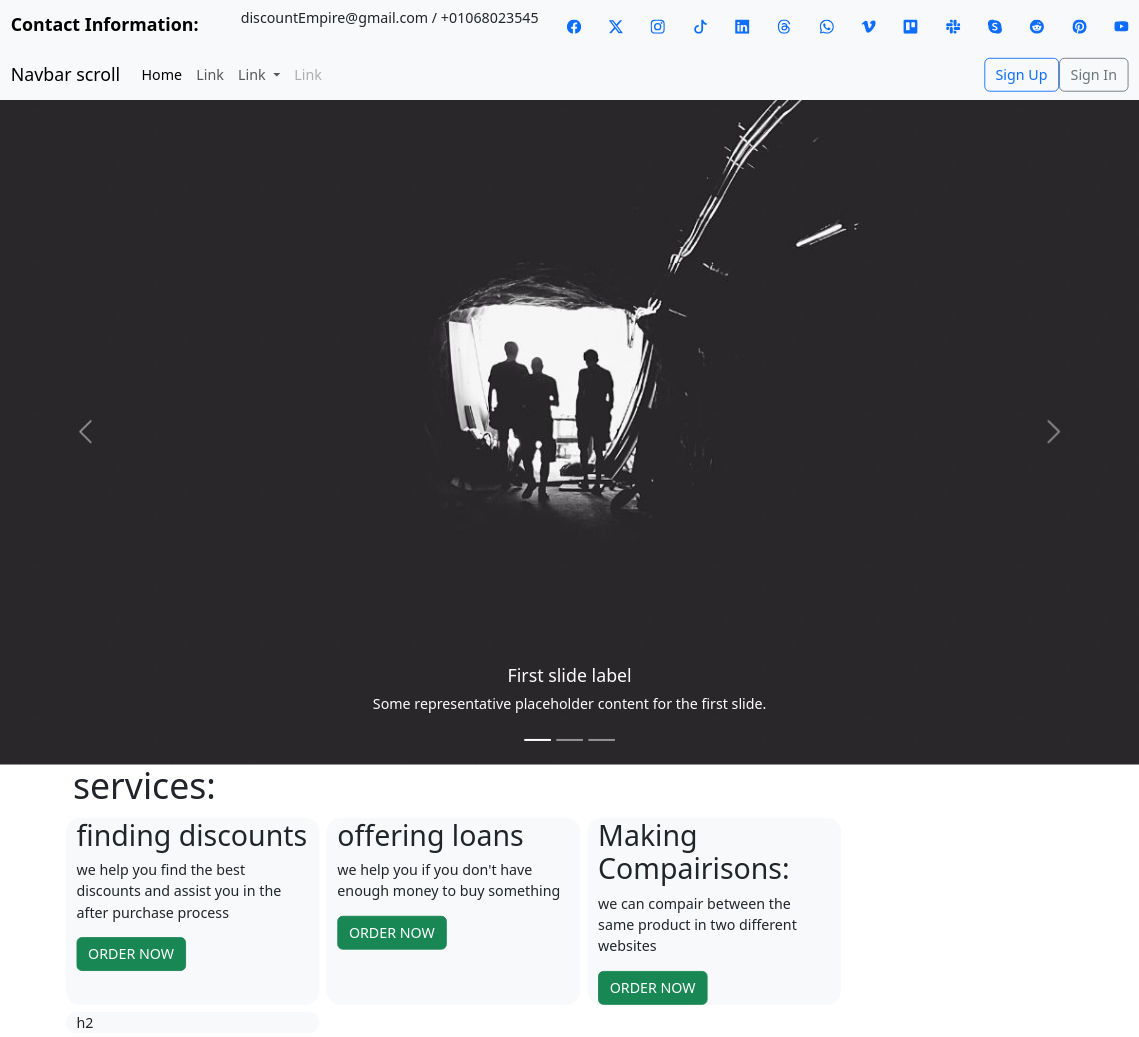
Repository: HaziimYassien/The-Discount-Empire
Page: index.html
The author's editor kept a copy of each file at every save. The page is drawn from the files as they stood at one save, then again after the next save.
The browser window is 1280 px wide. The pictures show the whole page, at 89% of full size.

Above is the page before, as saved 2024-01-24 18:51:48.

### index.html
<!DOCTYPE html>
<html lang="en">
  <head>
    <meta charset="UTF-8" />
    <meta name="viewport" content="width=device-width, initial-scale=1.0" />
<link href="https://cdn.jsdelivr.net/npm/bootstrap@5.3.2/dist/css/bootstrap.min.css" rel="stylesheet" integrity="sha384-T3c6CoIi6uLrA9TneNEoa7RxnatzjcDSCmG1MXxSR1GAsXEV/Dwwykc2MPK8M2HN" crossorigin="anonymous">
<script src="https://cdn.jsdelivr.net/npm/bootstrap@5.3.2/dist/js/bootstrap.bundle.min.js" integrity="sha384-C6RzsynM9kWDrMNeT87bh95OGNyZPhcTNXj1NW7RuBCsyN/o0jlpcV8Qyq46cDfL" crossorigin="anonymous"></script>

    <title>Document</title>
  </head>
  <body>
    <!-- START _SocialMediaBar -->
<nav class="h-auto navbar sticky-top navbar-light bg-light">
  <div class="h-1 container-fluid">
    <strong class="mb-0 navbar-brand" href="#">Contact Information:  </strong>
    <p>discountEmpire@gmail.com / +01068023545</p>
    <a href="#">
 <svg xmlns="http://www.w3.org/2000/svg" width="16" height="16" fill="currentColor" class="bi bi-facebook" viewBox="0 0 16 16">
  <path d="M16 8.049c0-4.446-3.582-8.05-8-8.05C3.58 0-.002 3.603-.002 8.05c0 4.017 2.926 7.347 6.75 7.951v-5.625h-2.03V8.05H6.75V6.275c0-2.017 1.195-3.131 3.022-3.131.876 0 1.791.157 1.791.157v1.98h-1.009c-.993 0-1.303.621-1.303 1.258v1.51h2.218l-.354 2.326H9.25V16c3.824-.604 6.75-3.934 6.75-7.951"/>
</svg>
    </a>

    <a href="#">
<svg xmlns="http://www.w3.org/2000/svg" width="16" height="16" fill="currentColor" class="bi bi-twitter-x" viewBox="0 0 16 16">
  <path d="M12.6.75h2.454l-5.36 6.142L16 15.25h-4.937l-3.867-5.07-4.425 5.07H.316l5.733-6.57L0 .75h5.063l3.495 4.633L12.601.75Zm-.86 13.028h1.36L4.323 2.145H2.865z"/>
</svg>
</a>
<a href="#">
<svg xmlns="http://www.w3.org/2000/svg" width="16" height="16" fill="currentColor" class="bi bi-instagram" viewBox="0 0 16 16">
  <path d="M8 0C5.829 0 5.556.01 4.703.048 3.85.088 3.269.222 2.76.42a3.9 3.9 0 0 0-1.417.923A3.9 3.9 0 0 0 .42 2.76C.222 3.268.087 3.85.048 4.7.01 5.555 0 5.827 0 8.001c0 2.172.01 2.444.048 3.297.04.852.174 1.433.372 1.942.205.526.478.972.923 1.417.444.445.89.719 1.416.923.51.198 1.09.333 1.942.372C5.555 15.99 5.827 16 8 16s2.444-.01 3.298-.048c.851-.04 1.434-.174 1.943-.372a3.9 3.9 0 0 0 1.416-.923c.445-.445.718-.891.923-1.417.197-.509.332-1.09.372-1.942C15.99 10.445 16 10.173 16 8s-.01-2.445-.048-3.299c-.04-.851-.175-1.433-.372-1.941a3.9 3.9 0 0 0-.923-1.417A3.9 3.9 0 0 0 13.24.42c-.51-.198-1.092-.333-1.943-.372C10.443.01 10.172 0 7.998 0zm-.717 1.442h.718c2.136 0 2.389.007 3.232.046.78.035 1.204.166 1.486.275.373.145.64.319.92.599s.453.546.598.92c.11.281.24.705.275 1.485.039.843.047 1.096.047 3.231s-.008 2.389-.047 3.232c-.035.78-.166 1.203-.275 1.485a2.5 2.5 0 0 1-.599.919c-.28.28-.546.453-.92.598-.28.11-.704.24-1.485.276-.843.038-1.096.047-3.232.047s-2.39-.009-3.233-.047c-.78-.036-1.203-.166-1.485-.276a2.5 2.5 0 0 1-.92-.598 2.5 2.5 0 0 1-.6-.92c-.109-.281-.24-.705-.275-1.485-.038-.843-.046-1.096-.046-3.233s.008-2.388.046-3.231c.036-.78.166-1.204.276-1.486.145-.373.319-.64.599-.92s.546-.453.92-.598c.282-.11.705-.24 1.485-.276.738-.034 1.024-.044 2.515-.045zm4.988 1.328a.96.96 0 1 0 0 1.92.96.96 0 0 0 0-1.92m-4.27 1.122a4.109 4.109 0 1 0 0 8.217 4.109 4.109 0 0 0 0-8.217m0 1.441a2.667 2.667 0 1 1 0 5.334 2.667 2.667 0 0 1 0-5.334"/>
</svg>
</a>
<a href="#">
<svg xmlns="http://www.w3.org/2000/svg" width="16" height="16" fill="currentColor" class="bi bi-tiktok" viewBox="0 0 16 16">
  <path d="M9 0h1.98c.144.715.54 1.617 1.235 2.512C12.895 3.389 13.797 4 15 4v2c-1.753 0-3.07-.814-4-1.829V11a5 5 0 1 1-5-5v2a3 3 0 1 0 3 3z"/>
</svg>
</a>
<a href="#">
<svg xmlns="http://www.w3.org/2000/svg" width="16" height="16" fill="currentColor" class="bi bi-linkedin" viewBox="0 0 16 16">
  <path d="M0 1.146C0 .513.526 0 1.175 0h13.65C15.474 0 16 .513 16 1.146v13.708c0 .633-.526 1.146-1.175 1.146H1.175C.526 16 0 15.487 0 14.854zm4.943 12.248V6.169H2.542v7.225zm-1.2-8.212c.837 0 1.358-.554 1.358-1.248-.015-.709-.52-1.248-1.342-1.248S2.4 3.226 2.4 3.934c0 .694.521 1.248 1.327 1.248zm4.908 8.212V9.359c0-.216.016-.432.08-.586.173-.431.568-.878 1.232-.878.869 0 1.216.662 1.216 1.634v3.865h2.401V9.25c0-2.22-1.184-3.252-2.764-3.252-1.274 0-1.845.7-2.165 1.193v.025h-.016l.016-.025V6.169h-2.4c.03.678 0 7.225 0 7.225z"/>
</svg>
</a>
<a href="#">
<svg xmlns="http://www.w3.org/2000/svg" width="16" height="16" fill="currentColor" class="bi bi-threads" viewBox="0 0 16 16">
  <path d="M6.321 6.016c-.27-.18-1.166-.802-1.166-.802.756-1.081 1.753-1.502 3.132-1.502.975 0 1.803.327 2.394.948s.928 1.509 1.005 2.644q.492.207.905.484c1.109.745 1.719 1.86 1.719 3.137 0 2.716-2.226 5.075-6.256 5.075C4.594 16 1 13.987 1 7.994 1 2.034 4.482 0 8.044 0 9.69 0 13.55.243 15 5.036l-1.36.353C12.516 1.974 10.163 1.43 8.006 1.43c-3.565 0-5.582 2.171-5.582 6.79 0 4.143 2.254 6.343 5.63 6.343 2.777 0 4.847-1.443 4.847-3.556 0-1.438-1.208-2.127-1.27-2.127-.236 1.234-.868 3.31-3.644 3.31-1.618 0-3.013-1.118-3.013-2.582 0-2.09 1.984-2.847 3.55-2.847.586 0 1.294.04 1.663.114 0-.637-.54-1.728-1.9-1.728-1.25 0-1.566.405-1.967.868ZM8.716 8.19c-2.04 0-2.304.87-2.304 1.416 0 .878 1.043 1.168 1.6 1.168 1.02 0 2.067-.282 2.232-2.423a6.2 6.2 0 0 0-1.528-.161"/>
</svg>
</a>
<a href="#">
<svg xmlns="http://www.w3.org/2000/svg" width="16" height="16" fill="currentColor" class="bi bi-whatsapp" viewBox="0 0 16 16">
  <path d="M13.601 2.326A7.85 7.85 0 0 0 7.994 0C3.627 0 .068 3.558.064 7.926c0 1.399.366 2.76 1.057 3.965L0 16l4.204-1.102a7.9 7.9 0 0 0 3.79.965h.004c4.368 0 7.926-3.558 7.93-7.93A7.9 7.9 0 0 0 13.6 2.326zM7.994 14.521a6.6 6.6 0 0 1-3.356-.92l-.24-.144-2.494.654.666-2.433-.156-.251a6.56 6.56 0 0 1-1.007-3.505c0-3.626 2.957-6.584 6.591-6.584a6.56 6.56 0 0 1 4.66 1.931 6.56 6.56 0 0 1 1.928 4.66c-.004 3.639-2.961 6.592-6.592 6.592m3.615-4.934c-.197-.099-1.17-.578-1.353-.646-.182-.065-.315-.099-.445.099-.133.197-.513.646-.627.775-.114.133-.232.148-.43.05-.197-.1-.836-.308-1.592-.985-.59-.525-.985-1.175-1.103-1.372-.114-.198-.011-.304.088-.403.087-.088.197-.232.296-.346.1-.114.133-.198.198-.33.065-.134.034-.248-.015-.347-.05-.099-.445-1.076-.612-1.47-.16-.389-.323-.335-.445-.34-.114-.007-.247-.007-.38-.007a.73.73 0 0 0-.529.247c-.182.198-.691.677-.691 1.654s.71 1.916.81 2.049c.098.133 1.394 2.132 3.383 2.992.47.205.84.326 1.129.418.475.152.904.129 1.246.08.38-.058 1.171-.48 1.338-.943.164-.464.164-.86.114-.943-.049-.084-.182-.133-.38-.232"/>
</svg>
</a>
<a href="#">
<svg xmlns="http://www.w3.org/2000/svg" width="16" height="16" fill="currentColor" class="bi bi-vimeo" viewBox="0 0 16 16">
  <path d="M15.992 4.204q-.106 2.334-3.262 6.393-3.263 4.243-5.522 4.243-1.4 0-2.367-2.583L3.55 7.523Q2.83 4.939 2.007 4.94q-.178.001-1.254.754L0 4.724a210 210 0 0 0 2.334-2.081q1.581-1.364 2.373-1.437 1.865-.185 2.298 2.553.466 2.952.646 3.666.54 2.447 1.186 2.445.5 0 1.508-1.587 1.006-1.587 1.077-2.415.144-1.37-1.077-1.37a3 3 0 0 0-1.185.261q1.183-3.86 4.508-3.756 2.466.075 2.324 3.2z"/>
</svg>
</a>
<a href="#">
<svg xmlns="http://www.w3.org/2000/svg" width="16" height="16" fill="currentColor" class="bi bi-trello" viewBox="0 0 16 16">
  <path d="M14.1 0H1.903C.852 0 .002.85 0 1.9v12.19A1.9 1.9 0 0 0 1.902 16h12.199A1.9 1.9 0 0 0 16 14.09V1.9A1.9 1.9 0 0 0 14.1 0M7 11.367a.636.636 0 0 1-.64.633H3.593a.633.633 0 0 1-.63-.633V3.583c0-.348.281-.631.63-.633h2.765c.35.002.632.284.633.633zm6.052-3.5a.633.633 0 0 1-.64.633h-2.78A.636.636 0 0 1 9 7.867V3.583a.636.636 0 0 1 .633-.633h2.778c.35.002.631.285.631.633z"/>
</svg>
</a>
<a href="#">
<svg xmlns="http://www.w3.org/2000/svg" width="16" height="16" fill="currentColor" class="bi bi-slack" viewBox="0 0 16 16">
  <path d="M3.362 10.11c0 .926-.756 1.681-1.681 1.681S0 11.036 0 10.111.756 8.43 1.68 8.43h1.682zm.846 0c0-.924.756-1.68 1.681-1.68s1.681.756 1.681 1.68v4.21c0 .924-.756 1.68-1.68 1.68a1.685 1.685 0 0 1-1.682-1.68zM5.89 3.362c-.926 0-1.682-.756-1.682-1.681S4.964 0 5.89 0s1.68.756 1.68 1.68v1.682zm0 .846c.924 0 1.68.756 1.68 1.681S6.814 7.57 5.89 7.57H1.68C.757 7.57 0 6.814 0 5.89c0-.926.756-1.682 1.68-1.682zm6.749 1.682c0-.926.755-1.682 1.68-1.682S16 4.964 16 5.889s-.756 1.681-1.68 1.681h-1.681zm-.848 0c0 .924-.755 1.68-1.68 1.68A1.685 1.685 0 0 1 8.43 5.89V1.68C8.43.757 9.186 0 10.11 0c.926 0 1.681.756 1.681 1.68zm-1.681 6.748c.926 0 1.682.756 1.682 1.681S11.036 16 10.11 16s-1.681-.756-1.681-1.68v-1.682h1.68zm0-.847c-.924 0-1.68-.755-1.68-1.68s.756-1.681 1.68-1.681h4.21c.924 0 1.68.756 1.68 1.68 0 .926-.756 1.681-1.68 1.681z"/>
</svg>
</a>
<a href="#">
<svg xmlns="http://www.w3.org/2000/svg" width="16" height="16" fill="currentColor" class="bi bi-skype" viewBox="0 0 16 16">
  <path d="M4.671 0c.88 0 1.733.247 2.468.702a7.42 7.42 0 0 1 6.02 2.118 7.37 7.37 0 0 1 2.167 5.215q0 .517-.072 1.026a4.66 4.66 0 0 1 .6 2.281 4.64 4.64 0 0 1-1.37 3.294A4.67 4.67 0 0 1 11.18 16c-.84 0-1.658-.226-2.37-.644a7.42 7.42 0 0 1-6.114-2.107A7.37 7.37 0 0 1 .529 8.035q0-.545.08-1.081a4.644 4.644 0 0 1 .76-5.59A4.68 4.68 0 0 1 4.67 0zm.447 7.01c.18.309.43.572.729.769a7 7 0 0 0 1.257.653q.737.308 1.145.523c.229.112.437.264.615.448.135.142.21.331.21.528a.87.87 0 0 1-.335.723c-.291.196-.64.289-.99.264a2.6 2.6 0 0 1-1.048-.206 11 11 0 0 1-.532-.253 1.3 1.3 0 0 0-.587-.15.72.72 0 0 0-.501.176.63.63 0 0 0-.195.491.8.8 0 0 0 .148.482 1.2 1.2 0 0 0 .456.354 5.1 5.1 0 0 0 2.212.419 4.6 4.6 0 0 0 1.624-.265 2.3 2.3 0 0 0 1.08-.801c.267-.39.402-.855.386-1.327a2.1 2.1 0 0 0-.279-1.101 2.5 2.5 0 0 0-.772-.792A7 7 0 0 0 8.486 7.3a1 1 0 0 0-.145-.058 18 18 0 0 1-1.013-.447 1.8 1.8 0 0 1-.54-.387.73.73 0 0 1-.2-.508.8.8 0 0 1 .385-.723 1.76 1.76 0 0 1 .968-.247c.26-.003.52.03.772.096q.412.119.802.293c.105.049.22.075.336.076a.6.6 0 0 0 .453-.19.7.7 0 0 0 .18-.496.72.72 0 0 0-.17-.476 1.4 1.4 0 0 0-.556-.354 3.7 3.7 0 0 0-.708-.183 6 6 0 0 0-1.022-.078 4.5 4.5 0 0 0-1.536.258 2.7 2.7 0 0 0-1.174.784 1.9 1.9 0 0 0-.45 1.287c-.01.37.076.736.25 1.063"/>
</svg>
</a>
<a href="#">
<svg xmlns="http://www.w3.org/2000/svg" width="16" height="16" fill="currentColor" class="bi bi-reddit" viewBox="0 0 16 16">
  <path d="M6.167 8a.83.83 0 0 0-.83.83c0 .459.372.84.83.831a.831.831 0 0 0 0-1.661m1.843 3.647c.315 0 1.403-.038 1.976-.611a.23.23 0 0 0 0-.306.213.213 0 0 0-.306 0c-.353.363-1.126.487-1.67.487-.545 0-1.308-.124-1.671-.487a.213.213 0 0 0-.306 0 .213.213 0 0 0 0 .306c.564.563 1.652.61 1.977.61zm.992-2.807c0 .458.373.83.831.83s.83-.381.83-.83a.831.831 0 0 0-1.66 0z"/>
  <path d="M16 8A8 8 0 1 1 0 8a8 8 0 0 1 16 0m-3.828-1.165c-.315 0-.602.124-.812.325-.801-.573-1.9-.945-3.121-.993l.534-2.501 1.738.372a.83.83 0 1 0 .83-.869.83.83 0 0 0-.744.468l-1.938-.41a.2.2 0 0 0-.153.028.2.2 0 0 0-.086.134l-.592 2.788c-1.24.038-2.358.41-3.17.992-.21-.2-.496-.324-.81-.324a1.163 1.163 0 0 0-.478 2.224q-.03.17-.029.353c0 1.795 2.091 3.256 4.669 3.256s4.668-1.451 4.668-3.256c0-.114-.01-.238-.029-.353.401-.181.688-.592.688-1.069 0-.65-.525-1.165-1.165-1.165"/>
</svg>
</a>
<a href="#">
<svg xmlns="http://www.w3.org/2000/svg" width="16" height="16" fill="currentColor" class="bi bi-pinterest" viewBox="0 0 16 16">
  <path d="M8 0a8 8 0 0 0-2.915 15.452c-.07-.633-.134-1.606.027-2.297.146-.625.938-3.977.938-3.977s-.239-.479-.239-1.187c0-1.113.645-1.943 1.448-1.943.682 0 1.012.512 1.012 1.127 0 .686-.437 1.712-.663 2.663-.188.796.4 1.446 1.185 1.446 1.422 0 2.515-1.5 2.515-3.664 0-1.915-1.377-3.254-3.342-3.254-2.276 0-3.612 1.707-3.612 3.471 0 .688.265 1.425.595 1.826a.24.24 0 0 1 .056.23c-.061.252-.196.796-.222.907-.035.146-.116.177-.268.107-1-.465-1.624-1.926-1.624-3.1 0-2.523 1.834-4.84 5.286-4.84 2.775 0 4.932 1.977 4.932 4.62 0 2.757-1.739 4.976-4.151 4.976-.811 0-1.573-.421-1.834-.919l-.498 1.902c-.181.695-.669 1.566-.995 2.097A8 8 0 1 0 8 0"/>
</svg>
</a>
<a href="#">
<svg xmlns="http://www.w3.org/2000/svg" width="16" height="16" fill="currentColor" class="bi bi-youtube" viewBox="0 0 16 16">
  <path d="M8.051 1.999h.089c.822.003 4.987.033 6.11.335a2.01 2.01 0 0 1 1.415 1.42c.101.38.172.883.22 1.402l.01.104.022.26.008.104c.065.914.073 1.77.074 1.957v.075c-.001.194-.01 1.108-.082 2.06l-.008.105-.009.104c-.05.572-.124 1.14-.235 1.558a2.01 2.01 0 0 1-1.415 1.42c-1.16.312-5.569.334-6.18.335h-.142c-.309 0-1.587-.006-2.927-.052l-.17-.006-.087-.004-.171-.007-.171-.007c-1.11-.049-2.167-.128-2.654-.26a2.01 2.01 0 0 1-1.415-1.419c-.111-.417-.185-.986-.235-1.558L.09 9.82l-.008-.104A31 31 0 0 1 0 7.68v-.123c.002-.215.01-.958.064-1.778l.007-.103.003-.052.008-.104.022-.26.01-.104c.048-.519.119-1.023.22-1.402a2.01 2.01 0 0 1 1.415-1.42c.487-.13 1.544-.21 2.654-.26l.17-.007.172-.006.086-.003.171-.007A100 100 0 0 1 7.858 2zM6.4 5.209v4.818l4.157-2.408z"/>
</svg>
</a>
  </div>
</nav>
    <!-- END _SocialMediaBar -->
    <!-- START _NavBar -->
    <nav class="navbar navbar-expand-lg navbar-light bg-light sticky-top">
      <div class="container-fluid">
        <a class="navbar-brand" href="#">Navbar scroll</a>
        <button
          class="navbar-toggler"
          type="button"
          data-bs-toggle="collapse"
          data-bs-target="#navbarScroll"
          aria-controls="navbarScroll"
          aria-expanded="false"
          aria-label="Toggle navigation"
        >
          <span class="navbar-toggler-icon"></span>
        </button>
        <div class="collapse navbar-collapse" id="navbarScroll">
          <ul
            class="navbar-nav me-auto my-2 my-lg-0 navbar-nav-scroll"
            style="--bs-scroll-height: 100px"
          >
            <li class="nav-item">
              <a class="nav-link active" aria-current="page" href="#">Home</a>
            </li>
            <li class="nav-item">
              <a class="nav-link" href="#">Link</a>
            </li>
            <li class="nav-item dropdown">
              <a
                class="nav-link dropdown-toggle"
                href="#"
                id="navbarScrollingDropdown"
                role="button"
                data-bs-toggle="dropdown"
                aria-expanded="false"
              >
                Link
              </a>
              <ul
                class="dropdown-menu"
                aria-labelledby="navbarScrollingDropdown"
              >
                <li><a class="dropdown-item" href="#">Action</a></li>
                <li><a class="dropdown-item" href="#">Another action</a></li>
                <li><hr class="dropdown-divider" /></li>
                <li>
                  <a class="dropdown-item" href="#">Something else here</a>
                </li>
              </ul>
            </li>
            <li class="nav-item">
              <a
                class="nav-link disabled"
                href="#"
                tabindex="-1"
                aria-disabled="true"
                >Link</a
              >
            </li>
          </ul>

            <button class="btn btn-outline-primary" type="#">
              Sign Up
            </button>
              <button class="btn btn-outline-secondary" type="#">
              Sign In
            </button>
          </form>
        </div>
      </div>
    </nav>
    <!-- END _NavBar -->


    <!-- START _Gallery -->

<div id="carouselExampleDark" class="carousel carousel-light slide" data-bs-ride="carousel">
  <div class="carousel-indicators">
    <button type="button" data-bs-target="#carouselExampleDark" data-bs-slide-to="0" class="active" aria-current="true" aria-label="Slide 1"></button>
    <button type="button" data-bs-target="#carouselExampleDark" data-bs-slide-to="1" aria-label="Slide 2"></button>
    <button type="button" data-bs-target="#carouselExampleDark" data-bs-slide-to="2" aria-label="Slide 3"></button>
  </div>
  <div class="carousel-inner">
    <div class="carousel-item active" data-bs-interval="10000">
      <img src="/img/la.jpg" class="d-block w-100" alt="...">
      <div class="carousel-caption d-none d-md-block">
        <h5>First slide label</h5>
        <p>Some representative placeholder content for the first slide.</p>
      </div>
    </div>
    <div class="carousel-item" data-bs-interval="2000">
      <img src="/img/la.jpg" class="d-block w-100" alt="...">
      <div class="carousel-caption d-none d-md-block">
        <h5>Second slide label</h5>
        <p>Some representative placeholder content for the second slide.</p>
      </div>
    </div>
    <div class="carousel-item">
      <img src="/img/la.jpg" class="d-block w-100" alt="...">
      <div class="carousel-caption d-none d-md-block">
        <h5>Third slide label</h5>
        <p>Some representative placeholder content for the third slide.</p>
      </div>
    </div>
  </div>
  <button class="carousel-control-prev" type="button" data-bs-target="#carouselExampleDark" data-bs-slide="prev">
    <span class="carousel-control-prev-icon" aria-hidden="true"></span>
    <span class="visually-hidden">Previous</span>
  </button>
  <button class="carousel-control-next" type="button" data-bs-target="#carouselExampleDark" data-bs-slide="next">
    <span class="carousel-control-next-icon" aria-hidden="true"></span>
    <span class="visually-hidden">Next</span>
  </button>
</div>
    <!-- END _Gallery -->



    <!-- START _Services -->
<section class="container">
  <h1>services: </h1>

  <div class="row">
  <div class="col-sm-3 bg-light rounded-4 m-1">
    <h2>finding discounts</h2>
    <p>we help you find the best discounts and assist you in the after purchase process</p>
    <button type="button" class="btn btn-success">ORDER NOW</button>
  </div>
  <div class="col-sm-3 bg-light rounded-4 m-1">
    <h2>offering loans</h2>
    <p>we help you if you don't have enough money to buy something</p>
    <button type="button" class="btn btn-success">ORDER NOW</button>
  </div>
  <div class="col-sm-3 bg-light rounded-4 m-1">
    <h2>Making Compairisons: </h2>
    <p>we can compair between the same product in two different websites </p>
    <button type="button" class="btn btn-success">ORDER NOW</button>
  </div>
  <div class="col-sm-3 bg-light rounded-4 m-1">
    h2
  </div>

</section>
    <!-- END _Services -->
  </body>
</html>

After the next save:
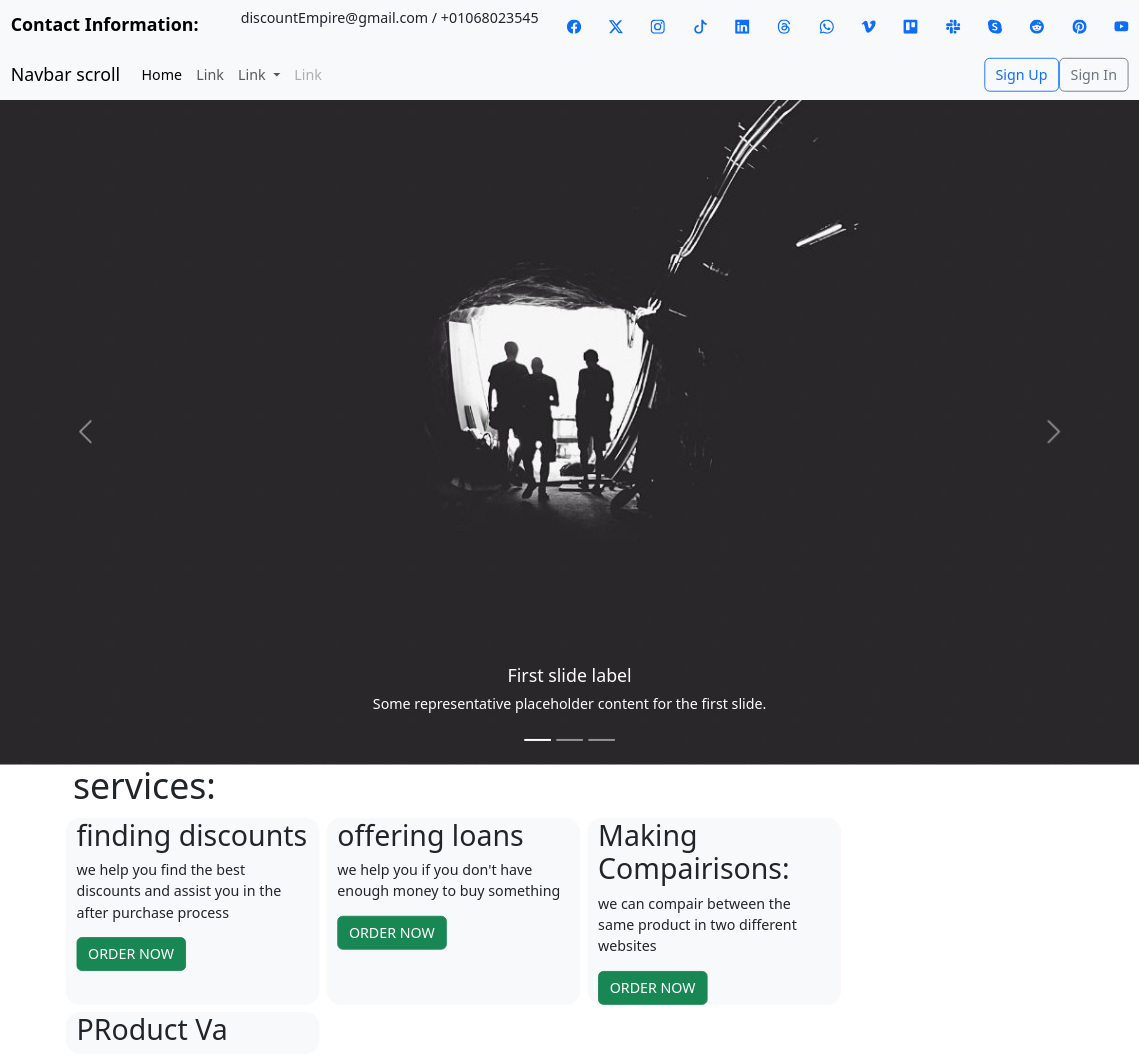
Saved 9 s later.
--- a/index.html
+++ b/index.html
@@ -227,7 +227,7 @@
     <button type="button" class="btn btn-success">ORDER NOW</button>
   </div>
   <div class="col-sm-3 bg-light rounded-4 m-1">
-    h2
+    <h2>PRoduct Va</h2>
   </div>
 
 </section>
